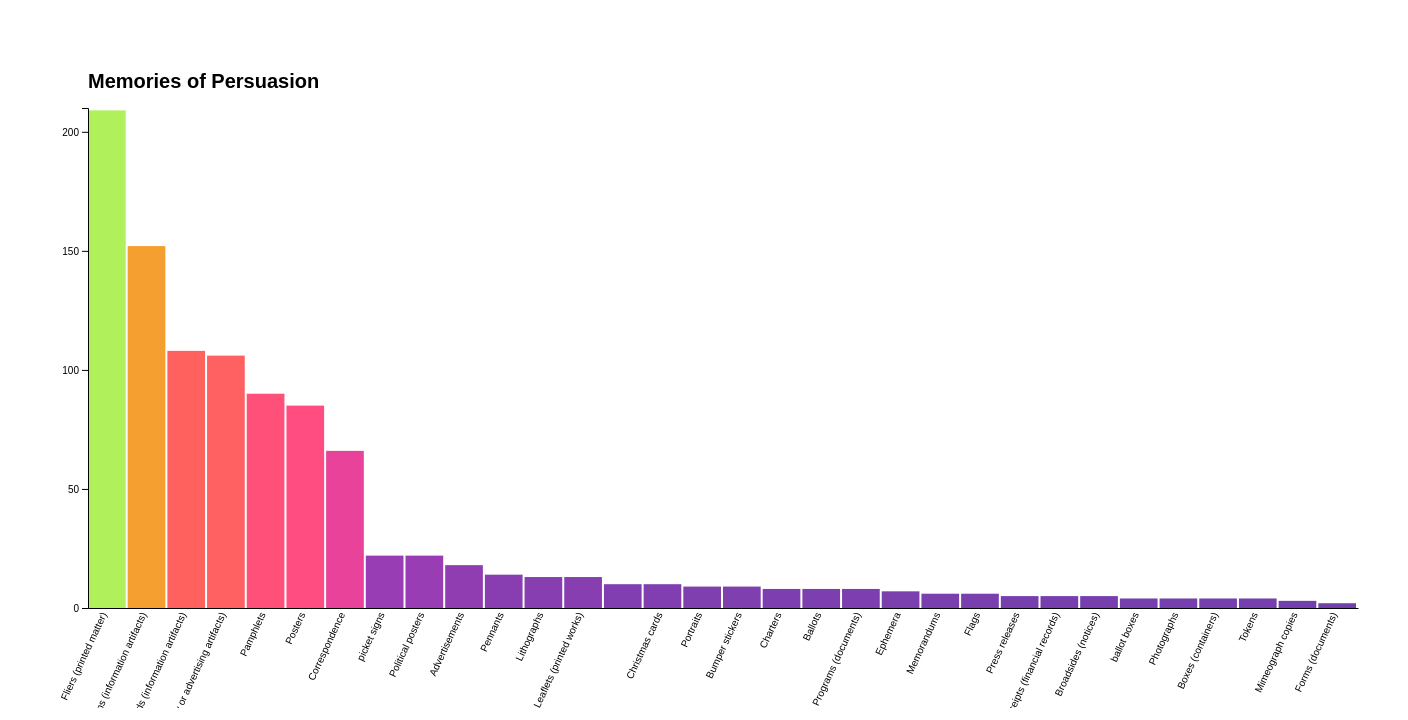
Repository: m0llyc00k/Major-studio-1
Page: Smithsonian_Data/index2.html
The author's editor kept a record of every edit. The page is drawn from the files as they stood at one moment, then again after the next edit.
The browser window is 1280 px wide. The page is 1408 px wide, so the pictures cover 1408 px, including what lies to the right of the window. The pictures show the whole page.

Above is the page before.

### Smithsonian_Data/index2.html
<!DOCTYPE html>
<html lang="en">
<head>
    <meta charset="UTF-8">
    <meta name="viewport" content="width=device-width, initial-scale=1.0">
    <title>Document</title>
    <script src="https://d3js.org/d3.v7.min.js"></script>
</head>
<body>
    <script src="main2.js"></script>
</body>


</html>

### Smithsonian_Data/main2.js
let ephemera;
let allTypes =[];
d3.json('data/data.json').then(function(data){
  ephemera = data;
  analyzeData();
  displayData();
});

function analyzeData(){
  let typeNow;

  // go through the list of textiles
  ephemera.forEach(function(n) {
    typeNow = n.type;
    let match = false;

    // see if their location already exists the allplaces array
    allTypes.forEach(function(p){
      if(p.name==typeNow){
        p.count++;
        match=true;
      }
    });
    // if not create a new entry for that place name
      if(!match){
        allTypes.push({
          name: typeNow,
          count:1
        });
      }
  });
  // sort by amount of items in the list
  allTypes.sort((a, b) => (a.count < b.count) ? 1 : -1)
  // console.log(allPlaces)
}

function displayData(){

  // define dimensions and margins for the graphic
  const margin = ({top: 100, right: 50, bottom: 100, left: 80})
  const width = 1400;
  const height = 700;

  // let's define our scales.
  // yScale corresponds with amount of textiles per country
  const yScale = d3.scaleLinear()
                   .domain([0, d3.max(allTypes, d => d.count)+1])
                   .range([height - margin.bottom, margin.top]);

  // xScale corresponds with country names
  const xScale = d3.scaleBand()
                 .domain(allTypes.map(d => d.name))
                .range([margin.left, width - margin.right])


  const sequentialScale = d3.scaleSequential()
                            .domain([0, d3.max(allTypes, d => d.count)])
                            .interpolator(d3.interpolateWarm);

  // create an svg container from scratch
  const svg = d3.select('body')
                .append('svg')
                .attr('width', width)
                .attr('height', height)

  // attach a graphic element, and append rectangles to it
  svg.append('g')
     .selectAll('rect')
     .data(allTypes)
     .join('rect')
     .attr('x', function(d){return xScale(d.name) })
     .attr('y', function(d){return yScale(d.count) })
     .attr('height', function(d){return yScale(0)-yScale(d.count) })
     .attr('width', function(d){return xScale.bandwidth() - 2 })
     .style('fill', function(d) {return sequentialScale(d.count);});


  // AXES

  // Y Axis
  const yAxis =  d3.axisLeft(yScale).ticks(5)

  svg.append('g')
  .attr('transform', `translate(${margin.left},0)`)
  .call(yAxis);

  // X Axis
  const xAxis =  d3.axisBottom(xScale).tickSize(0);

  svg.append('g')
  .attr('transform', `translate(0,${height - margin.bottom})`)
  .call(xAxis)
  .selectAll('text')
  .style('text-anchor', 'end')
  .attr('dx', '-.6em')
  .attr('dy', '-0.1em')
  .attr('transform', function(d) {return 'rotate(-65)' });

      // Labelling the graph
    svg.append('text')
    .attr('font-family', 'sans-serif')
    .attr('font-weight', 'bold')
    .attr('font-size', 20)
    .attr('y', margin.top-20)
    .attr('x', margin.left)
    .attr('fill', 'black')
    .attr('text-anchor', 'start')
    .text('Memories of Persuasion')
}

Loaded but not shown: Smithsonian_Data/data/data.json (1 lines, source omitted)

After the next edit:
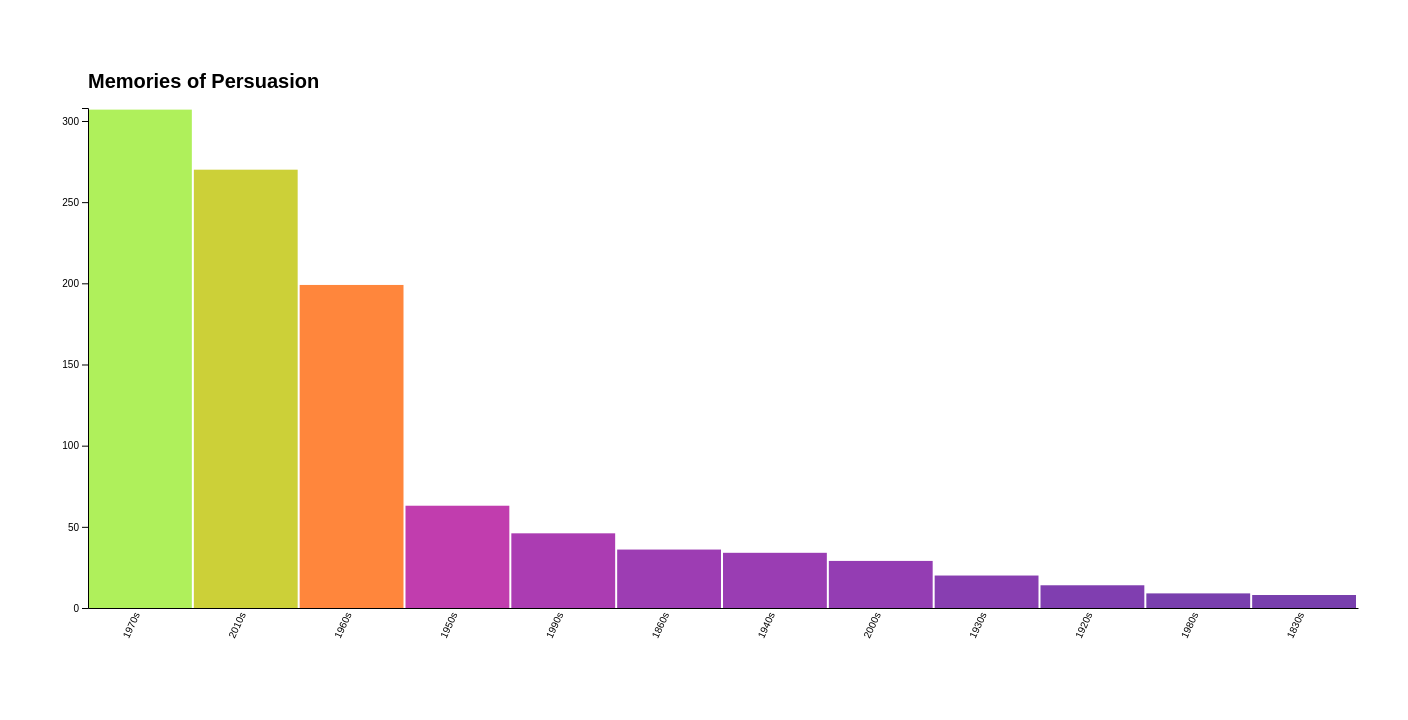
The edit:
--- a/Smithsonian_Data/main2.js
+++ b/Smithsonian_Data/main2.js
@@ -11,7 +11,7 @@
 
   // go through the list of textiles
   ephemera.forEach(function(n) {
-    typeNow = n.type;
+    typeNow = n.date;
     let match = false;
 
     // see if their location already exists the allplaces array
